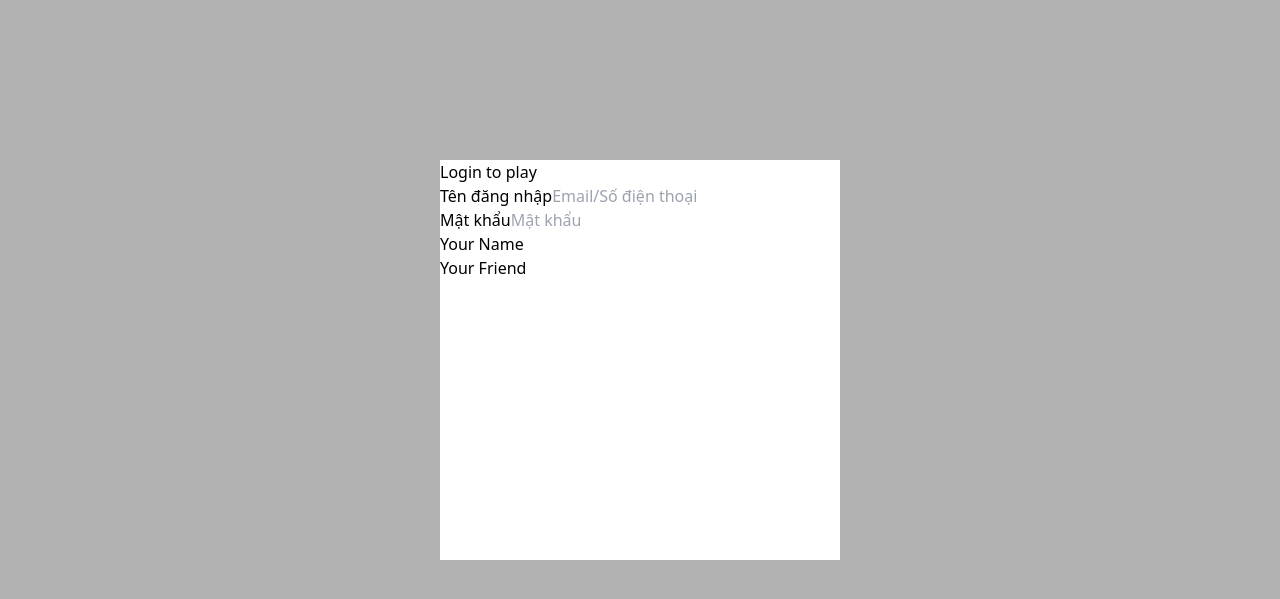
Repository: Teddy1705/demo_pj
Page: /
The author's editor kept a copy of each file at every save. The page is drawn from the files as they stood at one save, then again after the next save.
The browser window is 1280 px wide. The pictures show the whole page.
The project was rebuilt for these pictures with package versions that can differ from the ones it lists, and the page was loaded fresh each time. Also part of the build but not shown: vite.config.js.

Above is the page before, as saved 2024-04-16 09:30:12.

### index.html
<!DOCTYPE html>
<html lang="en">
  <head>
    <meta charset="UTF-8" />
    <link rel="icon" type="image/svg+xml" href="/vite.svg" />
    <meta name="viewport" content="width=device-width, initial-scale=1.0" />
    <title>Tic Tac Toe</title>
    <link rel="stylesheet" href="./src/index.css" />
  </head>
  <body>
    <div id="root"></div>
    <script type="module" src="/src/main.jsx"></script>
  </body>
</html>

### src/index.css
:root {
  --white-color: #fff;
  --black-color: #000;
}

/*
1. Prevent padding and border from affecting element width. (https://github.com/mozdevs/cssremedy/issues/4)
2. Allow adding a border to an element by just adding a border-width. (https://github.com/tailwindcss/tailwindcss/pull/116)
*/

*,
::before,
::after {
  box-sizing: border-box;
  /* 1 */
  border-width: 0;
  /* 2 */
  border-style: solid;
  /* 2 */
  border-color: #e5e7eb;
  /* 2 */
}

::before,
::after {
  --tw-content: "";
}

/*
1. Use a consistent sensible line-height in all browsers.
2. Prevent adjustments of font size after orientation changes in iOS.
3. Use a more readable tab size.
4. Use the user's configured `sans` font-family by default.
5. Use the user's configured `sans` font-feature-settings by default.
6. Use the user's configured `sans` font-variation-settings by default.
7. Disable tap highlights on iOS
*/

html,
:host {
  line-height: 1.5;
  /* 1 */
  -webkit-text-size-adjust: 100%;
  /* 2 */
  -moz-tab-size: 4;
  /* 3 */
  -o-tab-size: 4;
  tab-size: 4;
  /* 3 */
  font-family: ui-sans-serif, system-ui, sans-serif, "Apple Color Emoji",
    "Segoe UI Emoji", "Segoe UI Symbol", "Noto Color Emoji";
  /* 4 */
  font-feature-settings: normal;
  /* 5 */
  font-variation-settings: normal;
  /* 6 */
  -webkit-tap-highlight-color: transparent;
  /* 7 */
}

/*
1. Remove the margin in all browsers.
2. Inherit line-height from `html` so users can set them as a class directly on the `html` element.
*/

body {
  margin: 0;
  /* 1 */
  line-height: inherit;
  /* 2 */
}

/*
1. Add the correct height in Firefox.
2. Correct the inheritance of border color in Firefox. (https://bugzilla.mozilla.org/show_bug.cgi?id=190655)
3. Ensure horizontal rules are visible by default.
*/

hr {
  height: 0;
  /* 1 */
  color: inherit;
  /* 2 */
  border-top-width: 1px;
  /* 3 */
}

/*
Add the correct text decoration in Chrome, Edge, and Safari.
*/

abbr:where([title]) {
  -webkit-text-decoration: underline dotted;
  text-decoration: underline dotted;
}

/*
Remove the default font size and weight for headings.
*/

h1,
h2,
h3,
h4,
h5,
h6 {
  font-size: inherit;
  font-weight: inherit;
}

/*
Reset links to optimize for opt-in styling instead of opt-out.
*/

a {
  color: inherit;
  text-decoration: inherit;
}

/*
Add the correct font weight in Edge and Safari.
*/

b,
strong {
  font-weight: bolder;
}

/*
1. Use the user's configured `mono` font-family by default.
2. Use the user's configured `mono` font-feature-settings by default.
3. Use the user's configured `mono` font-variation-settings by default.
4. Correct the odd `em` font sizing in all browsers.
*/

code,
kbd,
samp,
pre {
  font-family: ui-monospace, SFMono-Regular, Menlo, Monaco, Consolas,
    "Liberation Mono", "Courier New", monospace;
  /* 1 */
  font-feature-settings: normal;
  /* 2 */
  font-variation-settings: normal;
  /* 3 */
  font-size: 1em;
  /* 4 */
}

/*
Add the correct font size in all browsers.
*/

small {
  font-size: 80%;
}

/*
Prevent `sub` and `sup` elements from affecting the line height in all browsers.
*/

sub,
sup {
  font-size: 75%;
  line-height: 0;
  position: relative;
  vertical-align: baseline;
}

sub {
  bottom: -0.25em;
}

sup {
  top: -0.5em;
}

/*
1. Remove text indentation from table contents in Chrome and Safari. (https://bugs.chromium.org/p/chromium/issues/detail?id=999088, https://bugs.webkit.org/show_bug.cgi?id=201297)
2. Correct table border color inheritance in all Chrome and Safari. (https://bugs.chromium.org/p/chromium/issues/detail?id=935729, https://bugs.webkit.org/show_bug.cgi?id=195016)
3. Remove gaps between table borders by default.
*/

table {
  text-indent: 0;
  /* 1 */
  border-color: inherit;
  /* 2 */
  border-collapse: collapse;
  /* 3 */
}

/*
1. Change the font styles in all browsers.
2. Remove the margin in Firefox and Safari.
3. Remove default padding in all browsers.
*/

button,
input,
optgroup,
select,
textarea {
  font-family: inherit;
  /* 1 */
  font-feature-settings: inherit;
  /* 1 */
  font-variation-settings: inherit;
  /* 1 */
  font-size: 100%;
  /* 1 */
  font-weight: inherit;
  /* 1 */
  line-height: inherit;
  /* 1 */
  letter-spacing: inherit;
  /* 1 */
  color: inherit;
  /* 1 */
  margin: 0;
  /* 2 */
  padding: 0;
  /* 3 */
}

/*
Remove the inheritance of text transform in Edge and Firefox.
*/

button,
select {
  text-transform: none;
}

/*
1. Correct the inability to style clickable types in iOS and Safari.
2. Remove default button styles.
*/

button,
input:where([type="button"]),
input:where([type="reset"]),
input:where([type="submit"]) {
  -webkit-appearance: button;
  /* 1 */
  background-color: transparent;
  /* 2 */
  background-image: none;
  /* 2 */
}

/*
Use the modern Firefox focus style for all focusable elements.
*/

:-moz-focusring {
  outline: auto;
}

/*
Remove the additional `:invalid` styles in Firefox. (https://github.com/mozilla/gecko-dev/blob/2f9eacd9d3d995c937b4251a5557d95d494c9be1/layout/style/res/forms.css#L728-L737)
*/

:-moz-ui-invalid {
  box-shadow: none;
}

/*
Add the correct vertical alignment in Chrome and Firefox.
*/

progress {
  vertical-align: baseline;
}

/*
Correct the cursor style of increment and decrement buttons in Safari.
*/

::-webkit-inner-spin-button,
::-webkit-outer-spin-button {
  height: auto;
}

/*
1. Correct the odd appearance in Chrome and Safari.
2. Correct the outline style in Safari.
*/

[type="search"] {
  -webkit-appearance: textfield;
  /* 1 */
  outline-offset: -2px;
  /* 2 */
}

/*
Remove the inner padding in Chrome and Safari on macOS.
*/

::-webkit-search-decoration {
  -webkit-appearance: none;
}

/*
1. Correct the inability to style clickable types in iOS and Safari.
2. Change font properties to `inherit` in Safari.
*/

::-webkit-file-upload-button {
  -webkit-appearance: button;
  /* 1 */
  font: inherit;
  /* 2 */
}

/*
Add the correct display in Chrome and Safari.
*/

summary {
  display: list-item;
}

/*
Removes the default spacing and border for appropriate elements.
*/

blockquote,
dl,
dd,
h1,
h2,
h3,
h4,
h5,
h6,
hr,
figure,
p,
pre {
  margin: 0;
}

fieldset {
  margin: 0;
  padding: 0;
}

legend {
  padding: 0;
}

ol,
ul,
menu {
  list-style: none;
  margin: 0;
  padding: 0;
}

/*
Reset default styling for dialogs.
*/

dialog {
  padding: 0;
}

/*
Prevent resizing textareas horizontally by default.
*/

textarea {
  resize: vertical;
}

/*
1. Reset the default placeholder opacity in Firefox. (https://github.com/tailwindlabs/tailwindcss/issues/3300)
2. Set the default placeholder color to the user's configured gray 400 color.
*/

input::-moz-placeholder,
textarea::-moz-placeholder {
  opacity: 1;
  /* 1 */
  color: #9ca3af;
  /* 2 */
}

input::placeholder,
textarea::placeholder {
  opacity: 1;
  /* 1 */
  color: #9ca3af;
  /* 2 */
}

/*
Set the default cursor for buttons.
*/

button,
[role="button"] {
  cursor: pointer;
}

/*
Make sure disabled buttons don't get the pointer cursor.
*/

:disabled {
  cursor: default;
}

/*
1. Make replaced elements `display: block` by default. (https://github.com/mozdevs/cssremedy/issues/14)
2. Add `vertical-align: middle` to align replaced elements more sensibly by default. (https://github.com/jensimmons/cssremedy/issues/14#issuecomment-634934210)
   This can trigger a poorly considered lint error in some tools but is included by design.
*/

img,
svg,
video,
canvas,
audio,
iframe,
embed,
object {
  display: block;
  /* 1 */
  vertical-align: middle;
  /* 2 */
}

/*
Constrain images and videos to the parent width and preserve their intrinsic aspect ratio. (https://github.com/mozdevs/cssremedy/issues/14)
*/

img,
video {
  max-width: 100%;
  height: auto;
}

/* Make elements with the HTML hidden attribute stay hidden by default */

[hidden] {
  display: none;
}

*,
::before,
::after {
  --tw-border-spacing-x: 0;
  --tw-border-spacing-y: 0;
  --tw-translate-x: 0;
  --tw-translate-y: 0;
  --tw-rotate: 0;
  --tw-skew-x: 0;
  --tw-skew-y: 0;
  --tw-scale-x: 1;
  --tw-scale-y: 1;
  --tw-pan-x: ;
  --tw-pan-y: ;
  --tw-pinch-zoom: ;
  --tw-scroll-snap-strictness: proximity;
  --tw-gradient-from-position: ;
  --tw-gradient-via-position: ;
  --tw-gradient-to-position: ;
  --tw-ordinal: ;
  --tw-slashed-zero: ;
  --tw-numeric-figure: ;
  --tw-numeric-spacing: ;
  --tw-numeric-fraction: ;
  --tw-ring-inset: ;
  --tw-ring-offset-width: 0px;
  --tw-ring-offset-color: #fff;
  --tw-ring-color: rgb(59 130 246 / 0.5);
  --tw-ring-offset-shadow: 0 0 #0000;
  --tw-ring-shadow: 0 0 #0000;
  --tw-shadow: 0 0 #0000;
  --tw-shadow-colored: 0 0 #0000;
  --tw-blur: ;
  --tw-brightness: ;
  --tw-contrast: ;
  --tw-grayscale: ;
  --tw-hue-rotate: ;
  --tw-invert: ;
  --tw-saturate: ;
  --tw-sepia: ;
  --tw-drop-shadow: ;
  --tw-backdrop-blur: ;
  --tw-backdrop-brightness: ;
  --tw-backdrop-contrast: ;
  --tw-backdrop-grayscale: ;
  --tw-backdrop-hue-rotate: ;
  --tw-backdrop-invert: ;
  --tw-backdrop-opacity: ;
  --tw-backdrop-saturate: ;
  --tw-backdrop-sepia: ;
  --tw-contain-size: ;
  --tw-contain-layout: ;
  --tw-contain-paint: ;
  --tw-contain-style: ;
}

::backdrop {
  --tw-border-spacing-x: 0;
  --tw-border-spacing-y: 0;
  --tw-translate-x: 0;
  --tw-translate-y: 0;
  --tw-rotate: 0;
  --tw-skew-x: 0;
  --tw-skew-y: 0;
  --tw-scale-x: 1;
  --tw-scale-y: 1;
  --tw-pan-x: ;
  --tw-pan-y: ;
  --tw-pinch-zoom: ;
  --tw-scroll-snap-strictness: proximity;
  --tw-gradient-from-position: ;
  --tw-gradient-via-position: ;
  --tw-gradient-to-position: ;
  --tw-ordinal: ;
  --tw-slashed-zero: ;
  --tw-numeric-figure: ;
  --tw-numeric-spacing: ;
  --tw-numeric-fraction: ;
  --tw-ring-inset: ;
  --tw-ring-offset-width: 0px;
  --tw-ring-offset-color: #fff;
  --tw-ring-color: rgb(59 130 246 / 0.5);
  --tw-ring-offset-shadow: 0 0 #0000;
  --tw-ring-shadow: 0 0 #0000;
  --tw-shadow: 0 0 #0000;
  --tw-shadow-colored: 0 0 #0000;
  --tw-blur: ;
  --tw-brightness: ;
  --tw-contrast: ;
  --tw-grayscale: ;
  --tw-hue-rotate: ;
  --tw-invert: ;
  --tw-saturate: ;
  --tw-sepia: ;
  --tw-drop-shadow: ;
  --tw-backdrop-blur: ;
  --tw-backdrop-brightness: ;
  --tw-backdrop-contrast: ;
  --tw-backdrop-grayscale: ;
  --tw-backdrop-hue-rotate: ;
  --tw-backdrop-invert: ;
  --tw-backdrop-opacity: ;
  --tw-backdrop-saturate: ;
  --tw-backdrop-sepia: ;
  --tw-contain-size: ;
  --tw-contain-layout: ;
  --tw-contain-paint: ;
  --tw-contain-style: ;
}

#modal {
  position: fixed;
  top: 0;
  right: 0;
  bottom: 0;
  left: 0;
  display: flex;
  align-items: center;
  justify-content: center;
}

#modal .modal__overlay {
  position: absolute;
  width: 100%;
  height: 100%;
  background-color: rgba(0, 0, 0, 0.3);
}

#modal .modal__body {
  position: relative;
  background-color: var(--white-color);
  margin: auto;
  width: 400px;
  height: 400px;
}

### src/main.jsx
import React from "react";
import ReactDOM from "react-dom/client";
import App from "./App.jsx";
import { createBrowserRouter, RouterProvider } from "react-router-dom";
import Root from "./routes/root";
import "./index.css";

const router = createBrowserRouter([
  {
    path: "/",
    element: <Root />,
  },
]);

ReactDOM.createRoot(document.getElementById("root")).render(
  <React.StrictMode>
    <RouterProvider router={router} />
    <App />
  </React.StrictMode>
);

### src/routes/root.jsx
export default function Root() {
  return (
    <>
      <div id="modal">
        <div className="modal__overlay"></div>
        <div className="modal__body">
          <div className="auth-form">
            <div className="auth-form__container">
              <div className="auth-form__header">
                <h2 className="auth-form__heading">Login to play</h2>
              </div>
              <div className="auth-form__info">
                <div className="auth-form__info-details">
                  <label htmlFor="" className="auth-form__label">
                    Tên đăng nhập
                  </label>
                  <input
                    type="text"
                    className="auth-form__info-input"
                    placeholder="Email/Số điện thoại"
                  />
                </div>
                <div className="auth-form__info-details">
                  <label htmlFor="" className="auth-form__label">
                    Mật khẩu
                  </label>
                  <input
                    type="password"
                    className="auth-form__info-input"
                    placeholder="Mật khẩu"
                  />
                </div>
              </div>
              <div>
                <ul>
                  <li>
                    <a
                      href={`https://codesandbox.io/s/q2z497?file=%2Fsrc%2FApp.js&utm_medium=sandpack`}
                    >
                      Your Name
                    </a>
                  </li>
                  <li>
                    <a href={`/contacts/2`}>Your Friend</a>
                  </li>
                </ul>
              </div>
            </div>
          </div>
        </div>
      </div>
      <div id="detail"></div>
    </>
  );
}

Loaded but not shown: src/App.jsx (common file)

After the next save:
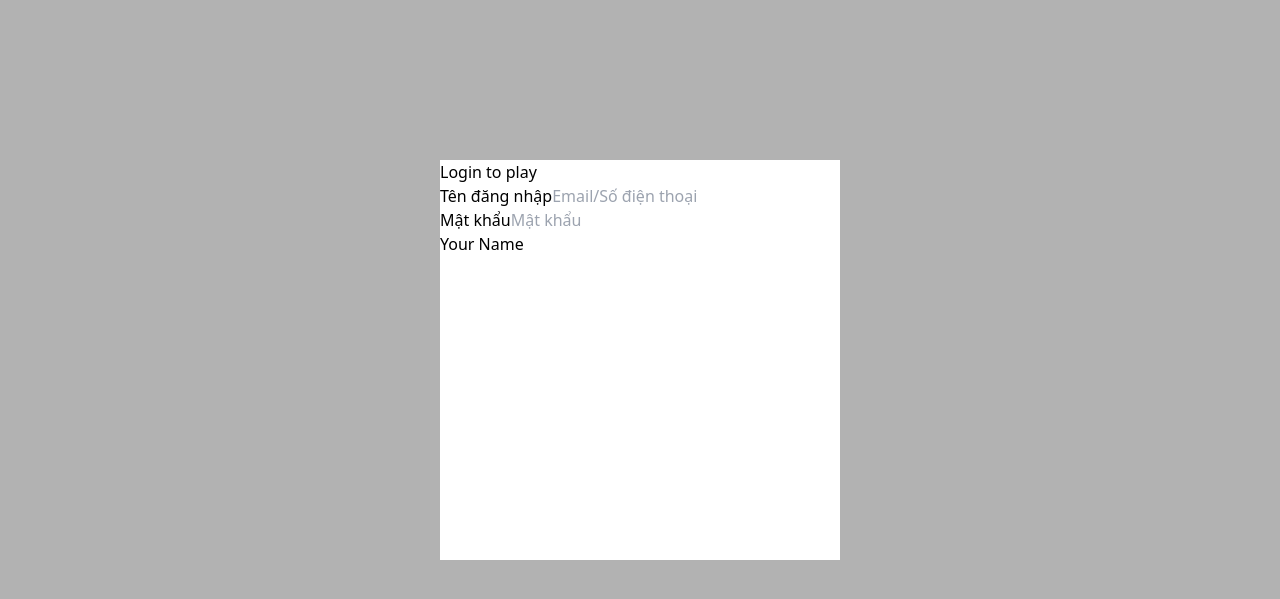
Saved 4 min 52 s later.
--- a/src/routes/root.jsx
+++ b/src/routes/root.jsx
@@ -32,18 +32,11 @@ export default function Root() {
                 </div>
               </div>
               <div>
-                <ul>
-                  <li>
-                    <a
-                      href={`https://codesandbox.io/s/q2z497?file=%2Fsrc%2FApp.js&utm_medium=sandpack`}
-                    >
-                      Your Name
-                    </a>
-                  </li>
-                  <li>
-                    <a href={`/contacts/2`}>Your Friend</a>
-                  </li>
-                </ul>
+                <a
+                  href={`https://codesandbox.io/s/q2z497?file=%2Fsrc%2FApp.js&utm_medium=sandpack`}
+                >
+                  Your Name
+                </a>
               </div>
             </div>
           </div>
